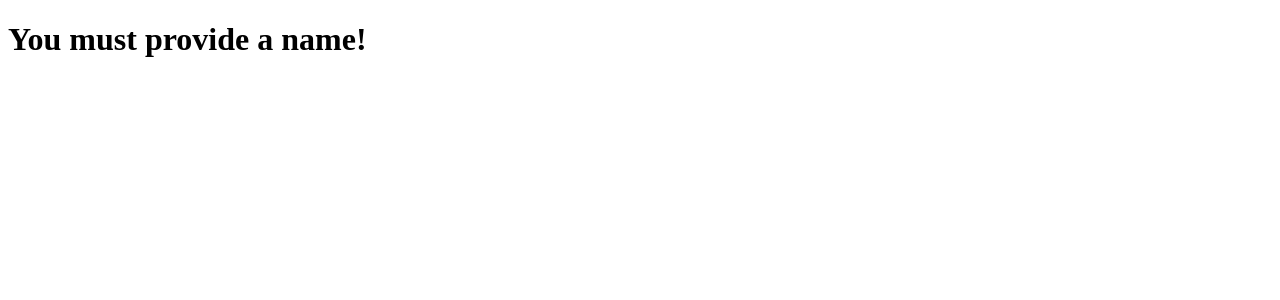
Repository: mpaya5/CS50x
Page: http://localhost/hello
The author's editor kept a record of every edit. The page is drawn from the files as they stood at one moment, then again after the next edit.
The browser window is 1280 px wide. The pictures show the whole page.
The page is served by the project's application, run on Flask 3 (pruebaFlask/hello/application.py).

Above is the page before.

After the next edit:
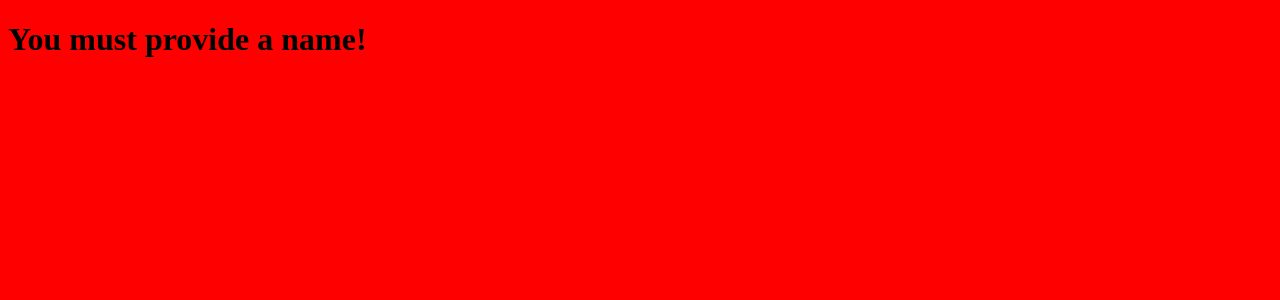
The edit:
--- a/pruebaFlask/hello/templates/failure.html
+++ b/pruebaFlask/hello/templates/failure.html
@@ -4,6 +4,11 @@
     <meta charset="UTF-8">
     <meta name="viewport" content="width=device-width, initial-scale=1.0">
     <title>Hello!</title>
+    <style>
+        body{
+            background-color:red;
+        }
+    </style>
 </head>
 <body>
     <h1>You must provide a name!</h1>
